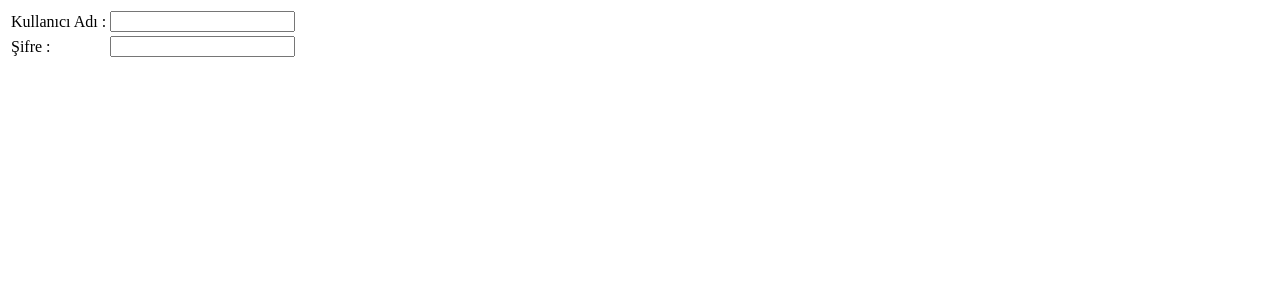
Repository: golkemeren/IleriJava101Java201Java301
Page: Servlet_08/src/main/webapp/login.html
The author's editor kept a copy of each file at every save. The page is drawn from the files as they stood at one save, then again after the next save.
The browser window is 1280 px wide. The pictures show the whole page.

Above is the page before, as saved 2023-03-19 22:03:42.

### Servlet_08/src/main/webapp/login.html
<!DOCTYPE html>
<html>
<head>
<meta charset="UTF-8">
<title>Toplama İşlemi</title>
</head>
<body>

<form action = "login" method = "post">
<table>
<tr>
<td>
Kullanıcı Adı :
</td>
<td>
<input type = "text" name ="username">
</td>
</tr>
<tr>
<td>
Şifre :
</td>
<td>
 <input type ="password " name="password" >

</td>
</tr>

</table>

</form>

</body>
</html>

After the next save:
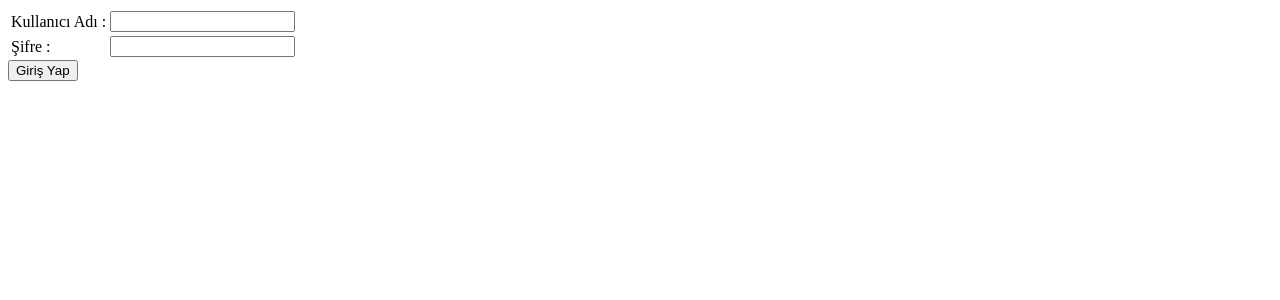
Saved 79 s later.
--- a/Servlet_08/src/main/webapp/login.html
+++ b/Servlet_08/src/main/webapp/login.html
@@ -27,7 +27,7 @@ Kullanıcı Adı :
 </tr>
 
 </table>
-
+<input type ="submit" value="Giriş Yap">
 </form>
 
 </body>
